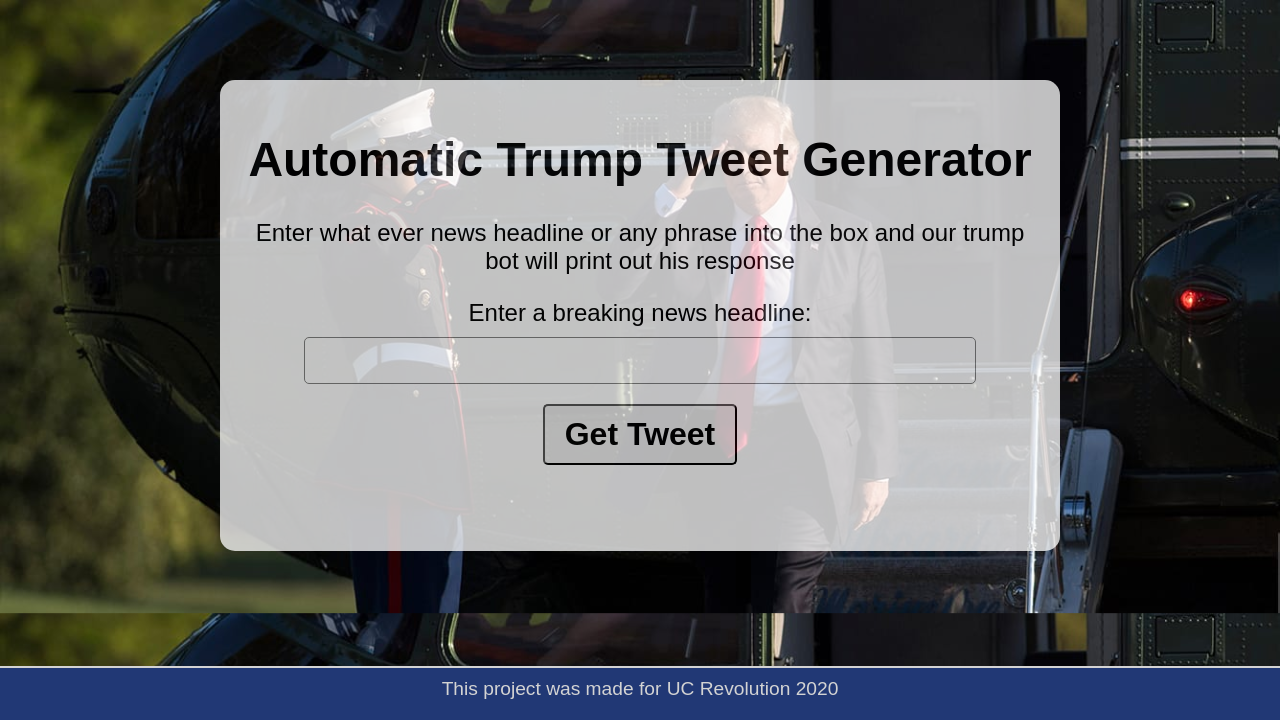
Repository: Yang4292/ai-donald
Page: http://localhost/
The author's editor kept a record of every edit. The page is drawn from the files as they stood at one moment, then again after the next edit.
The browser window is 1280 px wide. The pictures show the whole page.
The page is served by the project's application, run on Flask 3 (FlaskServer.py).

Above is the page before.

After the next edit:
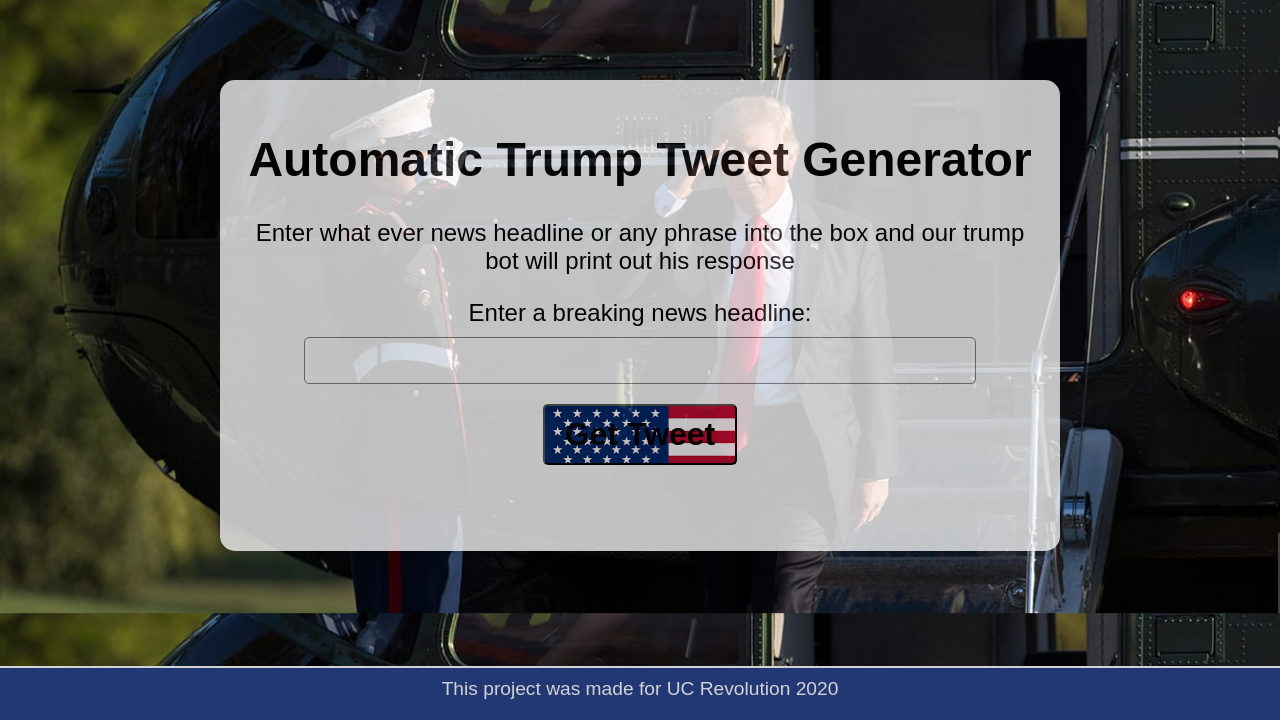
The edit:
--- a/static/theme.css
+++ b/static/theme.css
@@ -39,6 +39,9 @@
     margin-bottom: 10px;
 }
 
+button{
+     background-image: url('merica.png');
+}
 .bottomBar {
     position:fixed;
     height:2rem;
